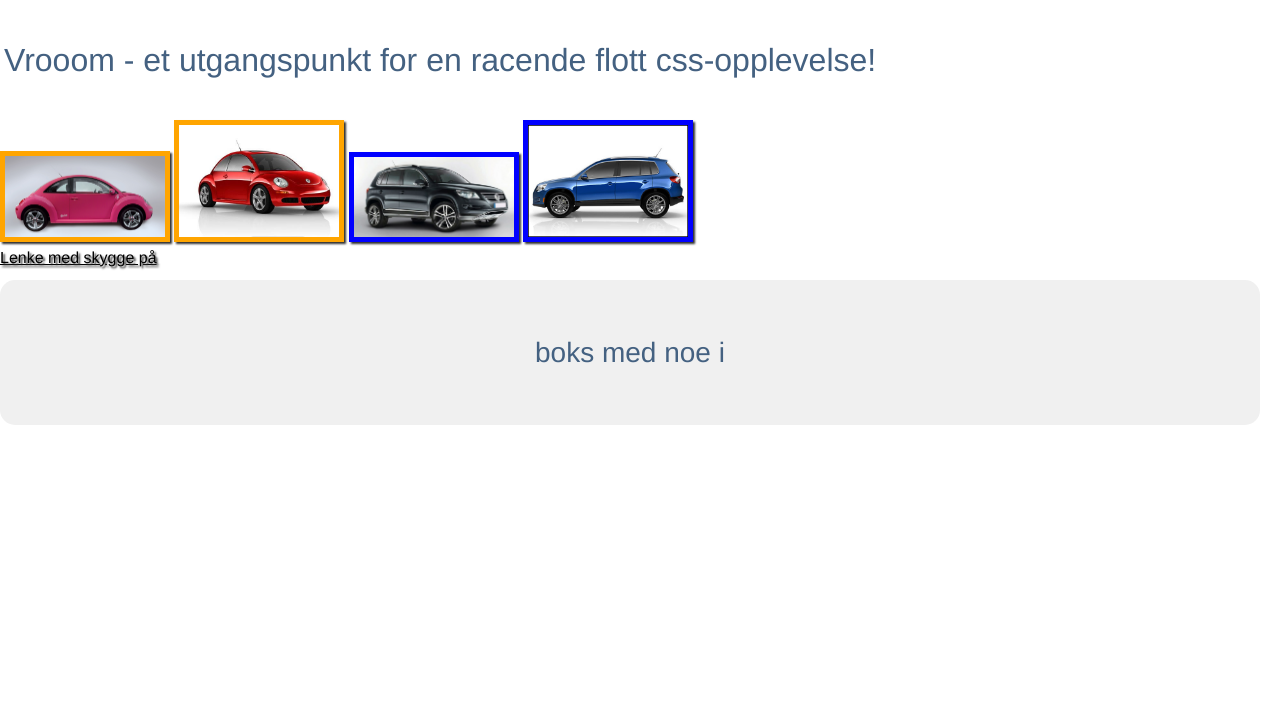
Repository: mesan/css-kurs
Page: kode/wroom/index.html
An editor plug-in stored every save of this project. The page is shown before and after the next save, followed by the edit.
The browser window is 1280 px wide. The pictures show the whole page.

Above is the page before, as saved 2013-01-21 21:33:37.

After the next save:
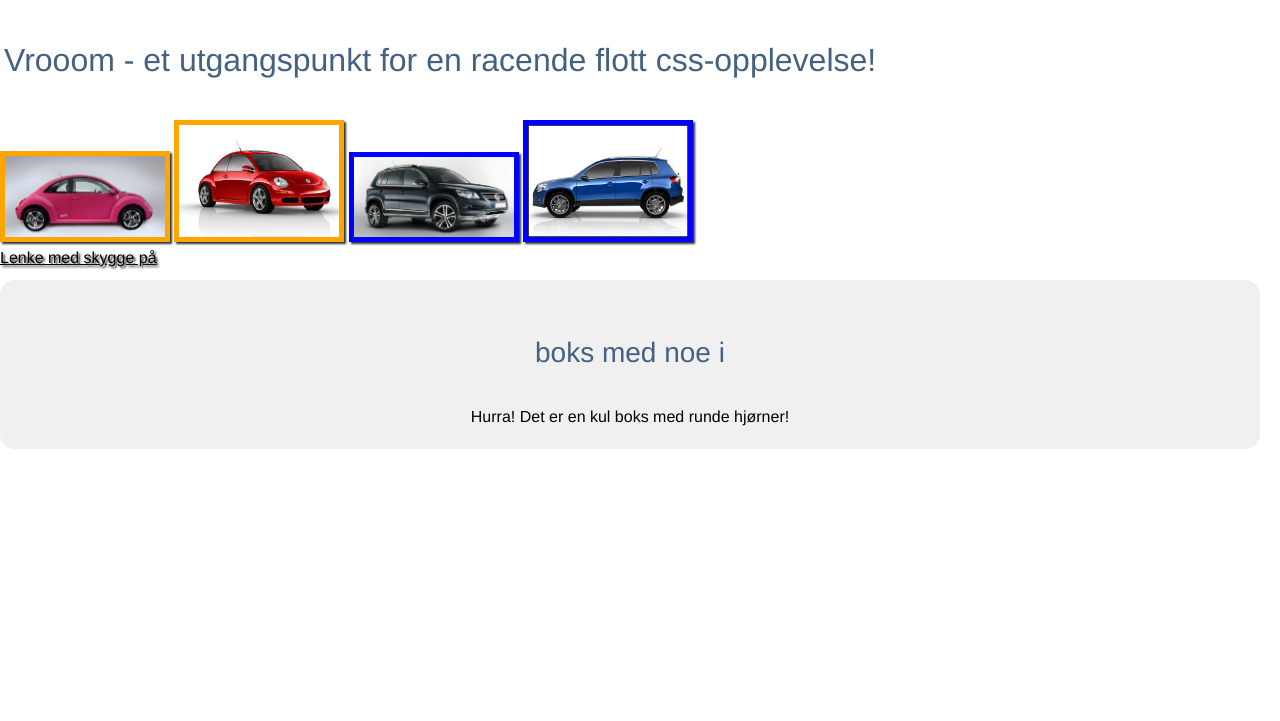
Saved 39 s later.
--- a/kode/wroom/index.html
+++ b/kode/wroom/index.html
@@ -35,6 +35,7 @@
 
 			<div class="container">
 				<h2>boks med noe i</h2>
+				<p>Hurra! Det er en kul boks med runde hjørner!</p>
 			</div>
 			<footer>
 				<p>
